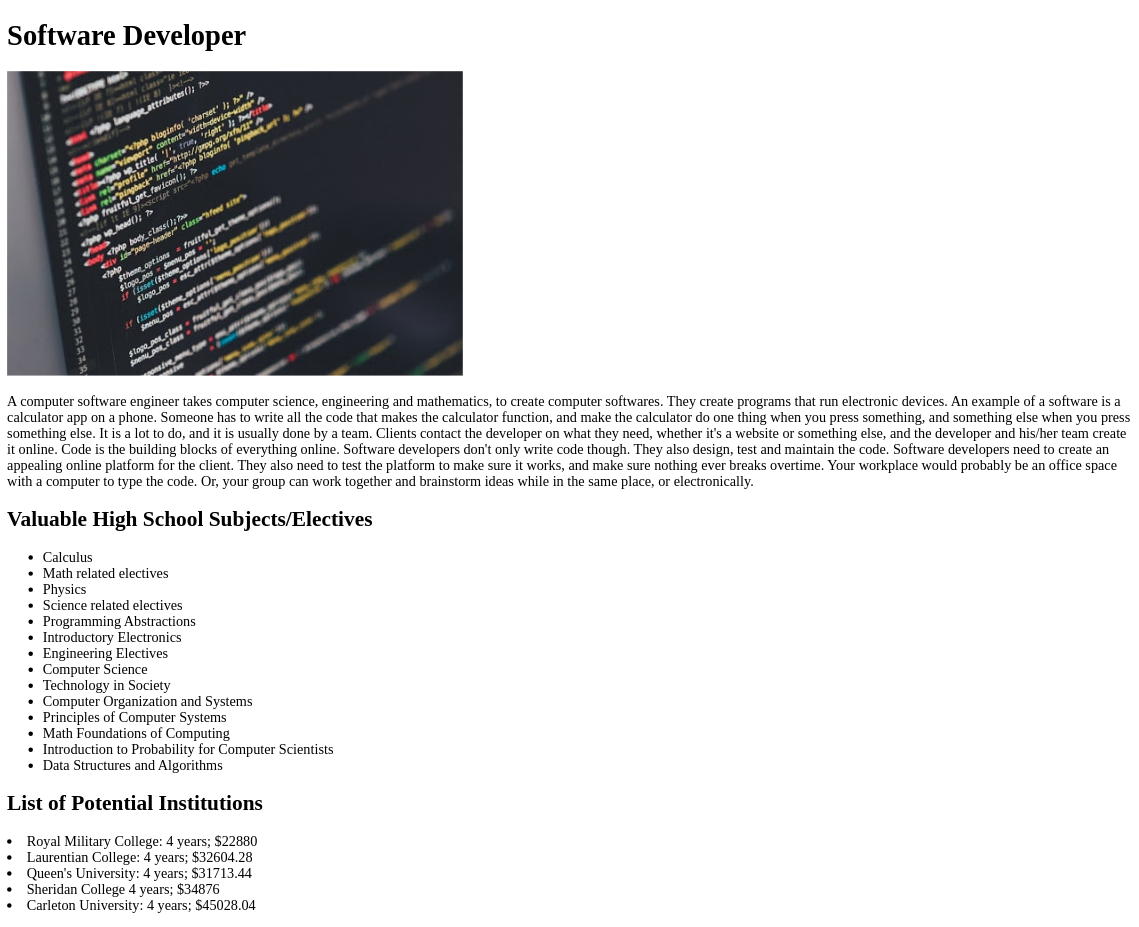
Repository: soerik/1soerik.github.io
Page: index.html
The author's editor kept a record of every edit. The page is drawn from the files as they stood at one moment, then again after the next edit.
The browser window is 1280 px wide. The pictures show the whole page, at 89% of full size.

Above is the page before.

### index.html
<!DOCTYPE html>
<html>
<head>
    <title>Software Developer</title>
</head>

<body>

<h1>Software Developer</h1>
<img src="code-min.jpg"></img>

<p>A computer software engineer takes computer
science, engineering and mathematics, to create
computer softwares. They create programs that
run electronic devices. An example of a software
is a calculator app on a phone. Someone has to
write all the code that makes the calculator
function, and make the calculator do one thing
when you press something, and something else
when you press something else. It is a lot to
do, and it is usually done by a team. Clients
contact the developer on what they need, whether
it's a website or something else, and the
developer and his/her team create it online.
Code is the building blocks of everything
online. Software developers don't
only write code though. They also design, test
and maintain the code. Software developers
need to create an appealing online platform
for the client. They also need to test the
platform to make sure it works, and make sure
nothing ever breaks overtime. Your workplace
would probably be an office space with a computer
to type the code. Or, your group can work
together and brainstorm ideas while in the
same place, or electronically.
</p>


<h2>Valuable High School Subjects/Electives</h2>

<ul>
    <li>Calculus</li>
    <li>Math related electives</li>
    <li>Physics</li>
    <li>Science related electives</li>
    <li>Programming Abstractions</li>
    <li>Introductory Electronics</li>
    <li>Engineering Electives</li>
    <li>Computer Science</li>
    <li>Technology in Society</li>
    <li>Computer Organization and Systems</li>
    <li>Principles of Computer Systems</li>
    <li>Math Foundations of Computing</li>
    <li>Introduction to Probability for Computer Scientists</li>
    <li>Data Structures and Algorithms</li>
 </ul>

<h2>List of Potential Institutions</h2>
<li>Royal Military College:
4 years; $22880</li>
<li>Laurentian College:
4 years; $32604.28</li>
<li>Queen's University:
4 years; $31713.44</li>
<li>Sheridan College
4 years; $34876</li>
<li>Carleton University:
4 years; $45028.04</li>
<ul>


</body>
</html>

Loaded but not shown: style.css (common file)

After the next edit:
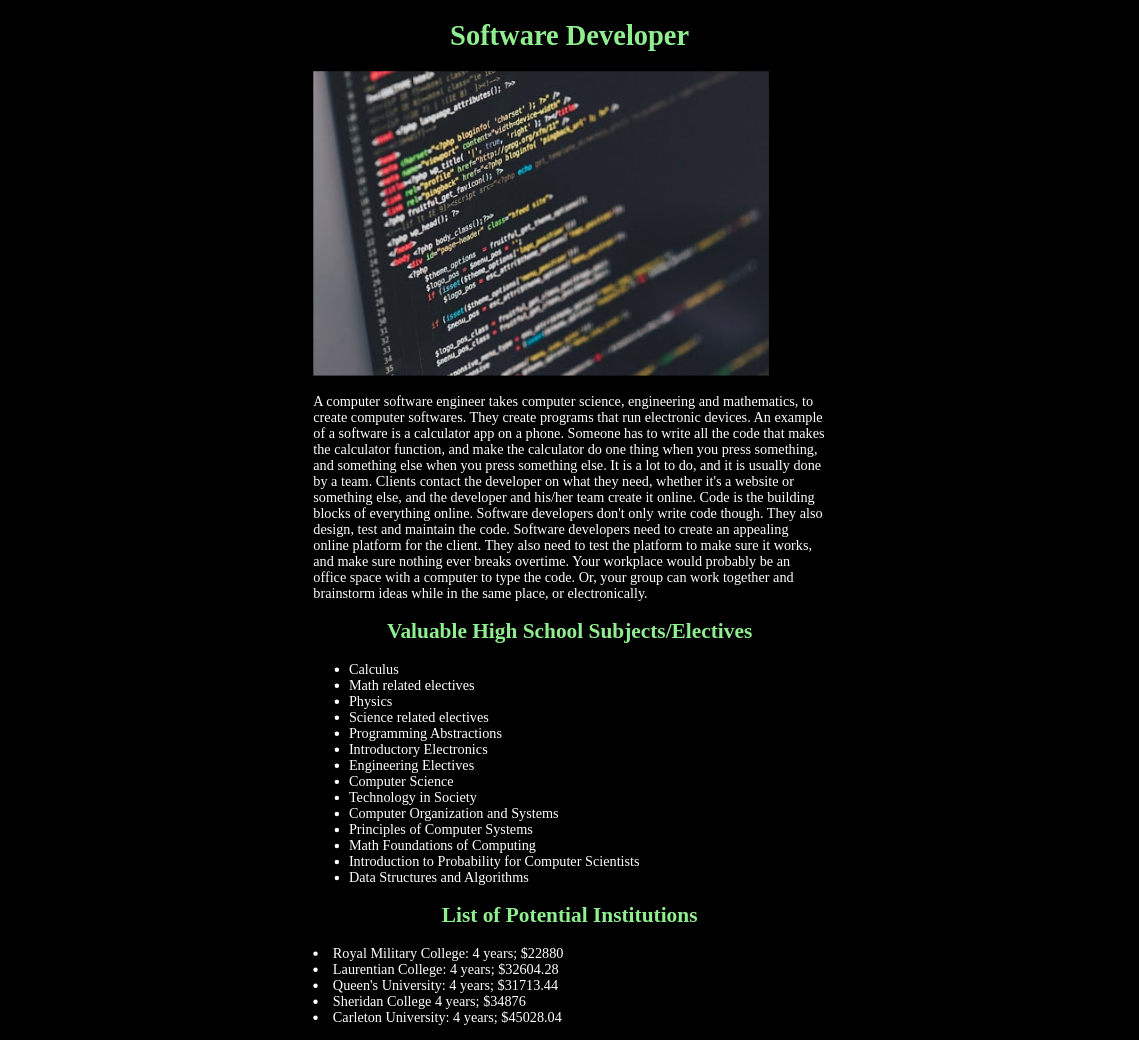
The edit:
--- a/index.html
+++ b/index.html
@@ -2,6 +2,8 @@
 <html>
 <head>
     <title>Software Developer</title>
+    <link rel="stylesheet" href="style.css" type="text/css" />
+    <meta name="viewport" content="width=device-width, initial-scale=1">
 </head>
 
 <body>
